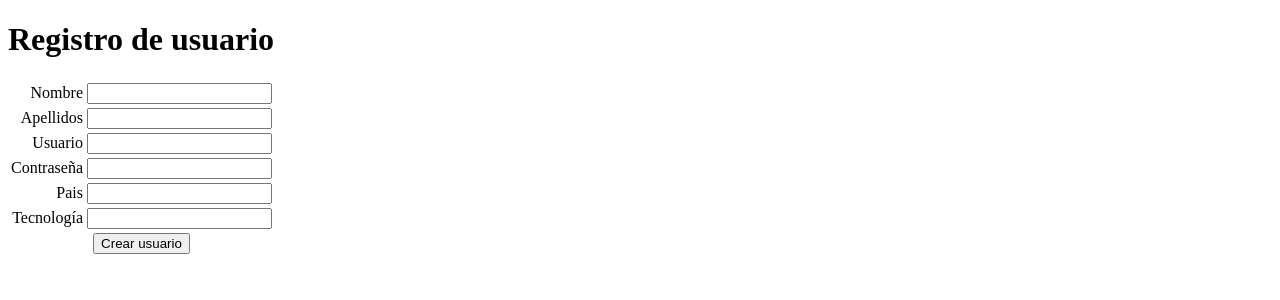
Repository: EusebioLopRob/workSpaceEclipse
Page: http://localhost/A14_MVC_JSP_Bol4/vistasReceta/formuIngredientes.jsp
An editor plug-in stored every save of this project. The page is shown before and after the next save, followed by the edit.
The browser window is 1280 px wide. The pictures show the whole page.
The page is served by Tomcat 9. Other server files are loaded and not shown.

Above is the page before, as saved 2022-04-04 10:21:46.

### A14_MVC_JSP_Bol4/WebContent/vistasReceta/formuIngredientes.jsp
<%@ page language="java" contentType="text/html; charset=UTF-8"
    pageEncoding="UTF-8"%>
<!DOCTYPE html>
<html>
<head>
<meta charset="UTF-8">
<title>Registro</title>
</head>
<body>
<h1>Registro de usuario</h1>
	<form action="../Controlador_InsertaUsuario" method="post">
		<table>
			<tr>
				<td align="right">Nombre</td>
				<td><input type="text" name="txtNombre" /></td>
			</tr>
			<tr>
				<td align="right">Apellidos</td>
				<td><input type="text" name="txtApellidos" /></td>
			</tr>
			<tr>
				<td align="right">Usuario</td>
				<td><input type="text" name="txtUsuario" /></td>
			</tr>
			<tr>
				<td align="right">Contraseña</td>
				<td><input type="text" name="txtContrasena" /></td>
			</tr>
			<tr>
				<td align="right">Pais</td>
				<td><input type="text" name="txtPais" /></td>
			</tr>
			<tr>
				<td align="right">Tecnología</td>
				<td><input type="text" name="txtTecnologia" /></td>
			</tr>
			<tr>
				<td align="center" colspan="2"><input type="submit" value="Crear usuario" /></td>
			</tr>
		</table>

	</form>


</body>
</html>

After the next save:
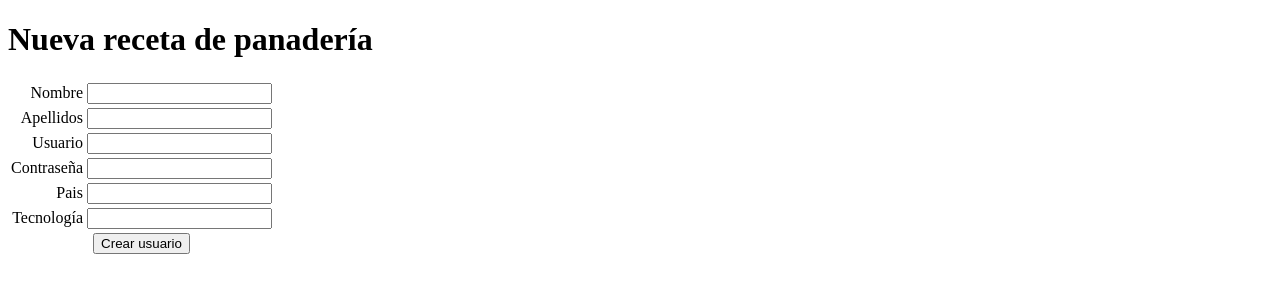
Saved 56 s later.
--- a/A14_MVC_JSP_Bol4/WebContent/vistasReceta/formuIngredientes.jsp
+++ b/A14_MVC_JSP_Bol4/WebContent/vistasReceta/formuIngredientes.jsp
@@ -7,7 +7,7 @@
 <title>Registro</title>
 </head>
 <body>
-<h1>Registro de usuario</h1>
+<h1>Nueva receta de panadería</h1>
 	<form action="../Controlador_InsertaUsuario" method="post">
 		<table>
 			<tr>
